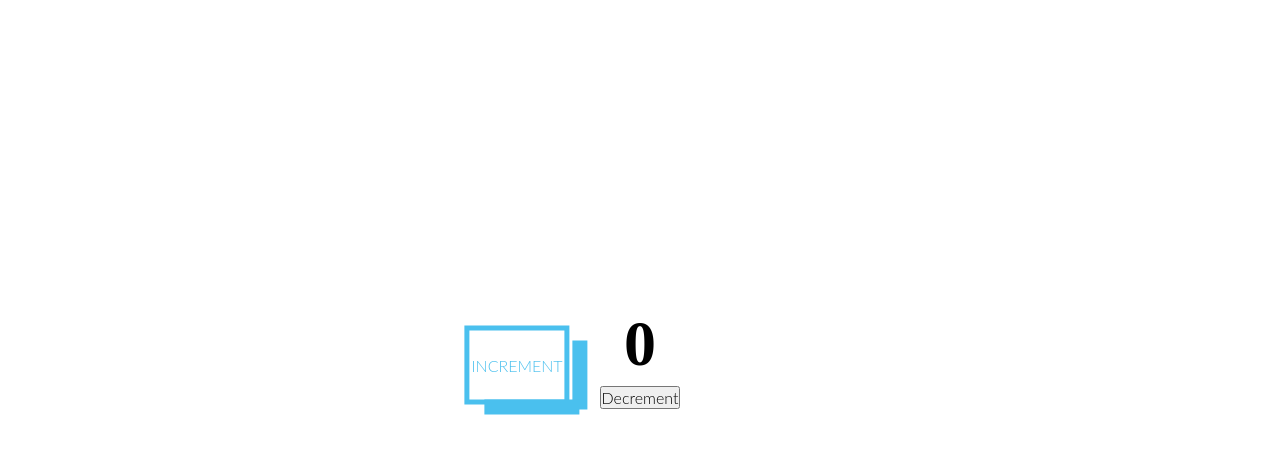
Repository: Ellisvelandia/react_introduction_test
Page: /
The author's editor kept a copy of each file at every save. The page is drawn from the files as they stood at one save, then again after the next save.
The browser window is 1280 px wide. The pictures show the whole page.
The project was rebuilt for these pictures with package versions that can differ from the ones it lists, and the page was loaded fresh each time. Also part of the build but not shown: src/index.css.

Above is the page before, as saved 2022-08-15 20:11:13.

### src/App.js
import "./App.scss";
import React, { useState } from "react";

const App = () => {
  const [num, changeNum] = useState(0);

  const incrementNum = () => {
    changeNum(num + 2);
  };

  const decrementNum = () => {
    if (num - 1 < 0) {
      alert(`you can't decrease than 0`);
    } else {
      changeNum(num - 2);
    }
  };

  return (
    <>
      <div className="container">
        <h1>{num}</h1>
        <button className="button_I" onClick={incrementNum}>Increment</button>
        <button className="button_D" onClick={decrementNum}>Decrement</button>
      </div>
    </>
  );
};

export default App;

### src/App.scss
* {
  margin: 0;
  padding: 0;
  box-sizing: border-box;
}

body {
  width: 100%;
  height: 100vh;
  display: flex;
  justify-content: center;
  align-items: center;
  flex-direction: column;
}

.container {
  align-self: center;
}

h1 {
  text-align: center;
  font-size: 4rem;
}

button {
  font-size: 1rem;
  margin: 5px;
  font-family: "Lato", sans-serif;
  font-weight: 300;
}


.button_I {
  position: absolute;
  left: 40%;
  top: 50%;
  transform: translateX(-50%) translateY(-50%);

  background: #fff;
  max-width: 120px;
  padding: 25px 2px;

  border: 5px solid #4ac0ee;
  color: #4ac0ee;
  text-transform: uppercase;
  text-align: center;

  z-index: 2;
  transition: all 0.15s 0.15s ease-out;

  &:after,
  &:before {
    position: absolute;
    width: 100%;
    max-width: 100%;
    top: 100%;
    left: 0;
    bottom: -10px;
    content: "";
    z-index: 1;
    transition: all 0.15s 0.15s ease-out;
  }

  &:before {
    background: #4ac0ee;
    top: 10px;
    left: 103px;
    height: 100%;
    width: 15px;
  }

  &:after {
    width: 100%;
    background: #4ac0ee;
    right: 0px;
    left: 15px;
    height: 15px;
  }

  &:hover {
    background: #4ac0ee;
    color: #fff;
    margin-left: -7.5px;
    margin-bottom: -7.5px;

    &:after,
    &:before {
      top: 100%;
      left: 0;
      bottom: 0px;
    }

    &:before {
      top: 0px;
      left: 0px;
      width: 0px;
    }

    &:after {
      right: 0px;
      left: 0px;
      height: 0px;
    }
  }
}

Loaded but not shown: public/index.html (common file); src/index.js (common file); src/reportWebVitals.js (common file)

After the next save:
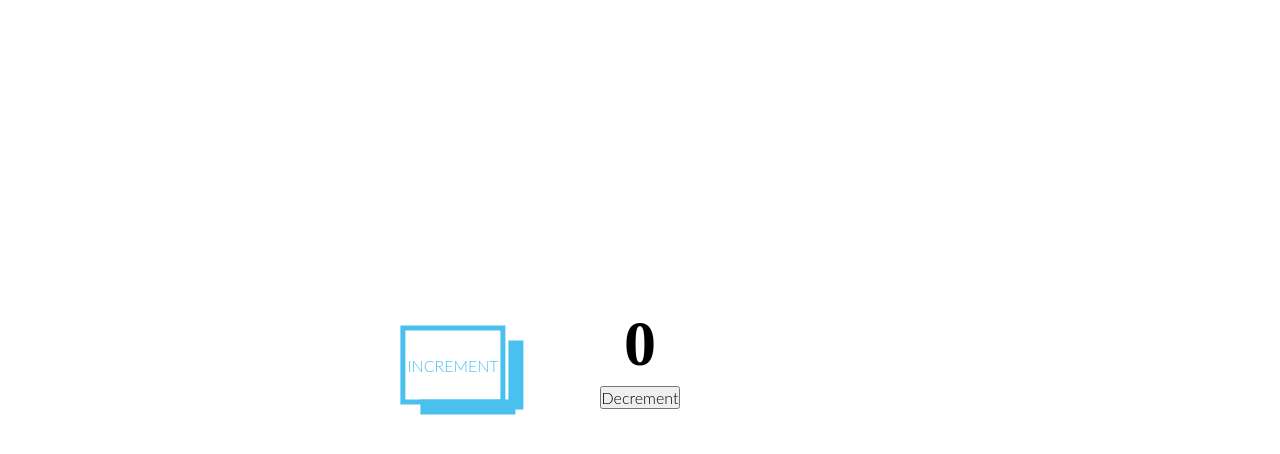
Saved 11 s later.
--- a/src/App.scss
+++ b/src/App.scss
@@ -32,7 +32,7 @@ button {
 
 .button_I {
   position: absolute;
-  left: 40%;
+  left: 35%;
   top: 50%;
   transform: translateX(-50%) translateY(-50%);
 
